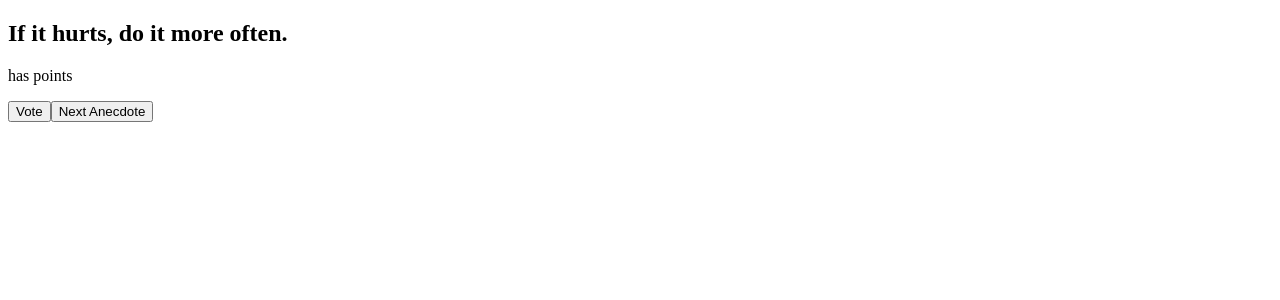
Repository: Wainhouse/Full_Stack_Open_2022
Page: / (app in part2/course_info/)
These files come from the project's save history. The page is drawn as it stood at one moment and after the next save; the edit follows.
The browser window is 1280 px wide. The pictures show the whole page.
The project was rebuilt for these pictures with package versions that can differ from the ones it lists, and the page was loaded fresh each time.

Above is the page before, as saved 2022-11-24 17:12:12.

After the next save:
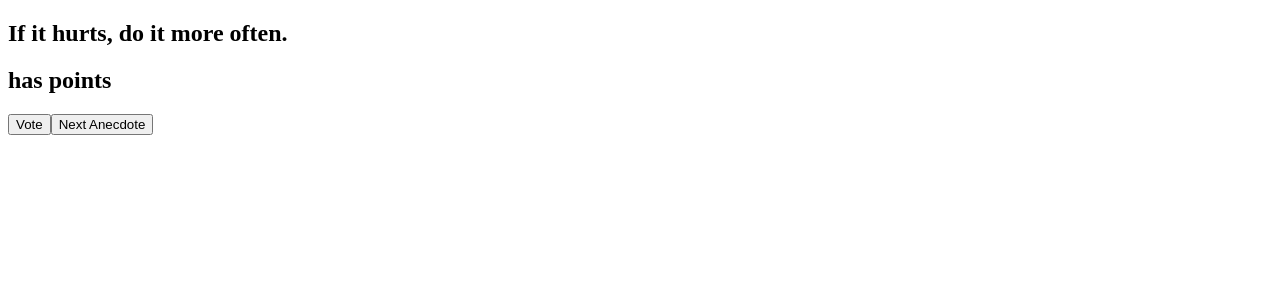
Saved 10 s later.
--- a/part2/course_info/src/App.js
+++ b/part2/course_info/src/App.js
@@ -30,7 +30,7 @@ const App = () => {
   return (
     <div>
       <h2>{anecdotes[selected]}</h2>
-      <p>has points</p>
+      <h2>has points</h2>
       <button onClick={() => voteForAnecdote()}>Vote</button>
       <button onClick={() =>handleClickNext()}>Next Anecdote</button>
     </div>
